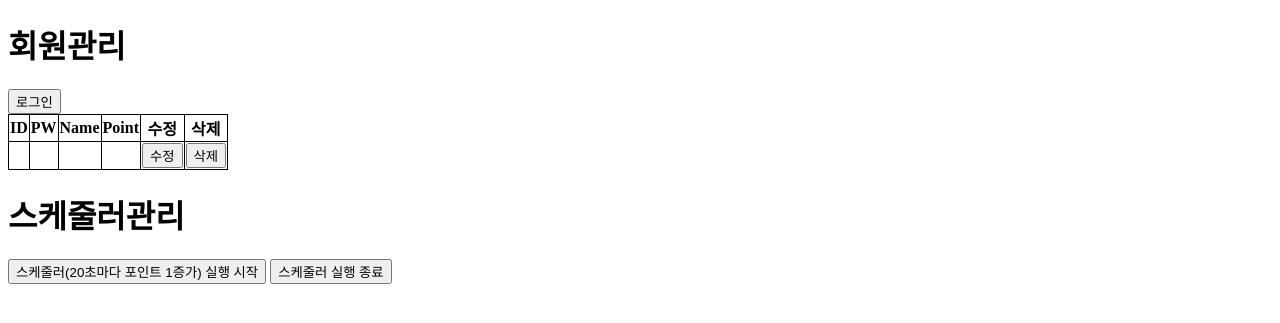
Repository: euniiee/test11
Page: http://localhost/Project/memList.jsp
The author's editor kept a copy of each file at every save. The page is drawn from the files as they stood at one save, then again after a run of saves.
The browser window is 1280 px wide. The pictures show the whole page.
The page is served by Tomcat 9.

Above is the page before, as saved 2023-02-01 01:47:09.

After the next 2 saves:
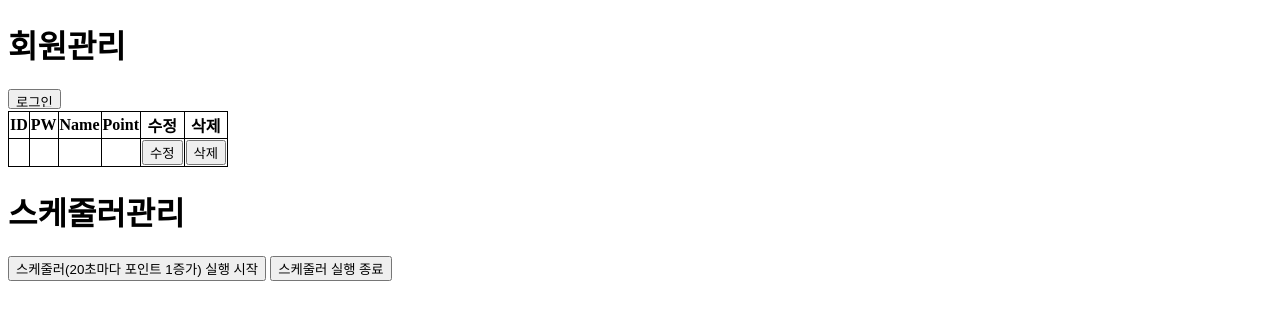
The 2 saves are shown as one change because they came seconds apart.
The last was saved 68 s later.
--- a/Project/WebContent/memList.jsp
+++ b/Project/WebContent/memList.jsp
@@ -27,7 +27,7 @@ $(function() {
 <div>
 	<div>
 		<h1>회원관리</h1>
-		<input type="button" value="로그인">
+		<input style="height: 20px;" type="button" value="로그인">
 	</div>
 	<table>
 			<tr>
